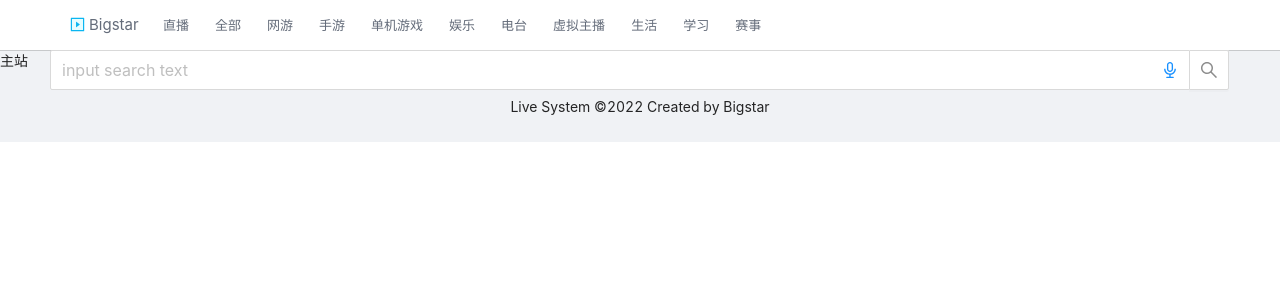
Repository: Bigstar-hyx/webrtc-react
Page: /
These files come from the project's save history. The page is drawn as it stood at one moment and after the next save; the edit follows.
The browser window is 1280 px wide. The pictures show the whole page.
The project was rebuilt for these pictures with package versions that can differ from the ones it lists, and the page was loaded fresh each time. Also part of the build but not shown: craco.config.js, webpack.config.js, src/pages/live/Index.css, src/pages/live/component/Content/Video/video.css, src/pages/live/component/Content/Video/Video.js, src/pages/live/component/Content/Comments/comments.css, src/pages/live/component/Content/Comments/TalkSend.js, src/pages/live/component/Content/Comments/Talk.js and 6 more.

Above is the page before, as saved 2022-01-30 16:49:20.

### src/index.js
import * as React from 'react'
import * as ReactDOM from 'react-dom'
import { BrowserRouter } from 'react-router-dom'
import App from './App.js'

ReactDOM.render(
  <BrowserRouter>
    <App />
  </BrowserRouter>,
  document.getElementById('root')
)

### src/App.js
import * as React from 'react'
import { Routes, Route } from 'react-router-dom'

import LiveIndex from './pages/live/Index'
import HomeIndex from './pages/home/Index'
import ViewerIndex from './pages/viewer/Index'
import TopIndex from './top/Index'

import { Layout } from 'antd'

const { Header, Footer, Content } = Layout

function App() {
  return (
    <>
      <Layout>
        <Header>
          <TopIndex />
        </Header>
        <Content>
          <Routes>
            <Route path="/" element={<HomeIndex />} />
            <Route path="live" element={<LiveIndex />} />
            <Route path="viewer" element={<ViewerIndex />} />
          </Routes>
        </Content>
        <Footer style={{ textAlign: 'center' }}>Live System ©2022 Created by Bigstar</Footer>
      </Layout>
    </>
  )
}

export default App

### src/pages/home/Index.js
import React, { Component } from 'react'

export class HomeIndex extends Component {
  render() {
    return <div>主站</div>
  }
}

export default HomeIndex

### src/top/Index.js
// import { PlaySquareTwoTone } from 'antd'
import { PlaySquareTwoTone } from '@ant-design/icons'

import TopMenu from './component/TopMenu'
import TopSearch from './component/TopSearch'

import './index.css'

function TopIndex() {
  return (
    <>
      <div className="logo">
        <PlaySquareTwoTone twoToneColor="#0BB6F1" />
        &nbsp;Bigstar
      </div>
      <TopMenu />
      <TopSearch />
    </>
  )
}

export default TopIndex

### src/top/component/TopMenu.js
import './top-menu.css'

function TopMenu() {
  return (
    <div>
      <ul>
        <li>
          <a href="">直播</a>
        </li>
        <li>
          <a href="">全部</a>
        </li>
        <li>
          <a href="">网游</a>
        </li>
        <li>
          <a href="">手游</a>
        </li>
        <li>
          <a href="">单机游戏</a>
        </li>
        <li>
          <a href="">娱乐</a>
        </li>
        <li>
          <a href="">电台</a>
        </li>
        <li>
          <a href="">虚拟主播</a>
        </li>
        <li>
          <a href="">生活</a>
        </li>
        <li>
          <a href="">学习</a>
        </li>
        <li>
          <a href="">赛事</a>
        </li>
      </ul>
    </div>
  )
}

export default TopMenu

### src/top/component/TopSearch.js
import { Input } from 'antd'
import { AudioOutlined } from '@ant-design/icons'

import './top-search.css'

const { Search } = Input
const suffix = (
  <AudioOutlined
    style={{
      fontSize: 16,
      color: '#1890ff'
    }}
  />
)
const onSearch = value => console.log(value)

function TopSearch() {
  return (
    <div>
      <Search
        placeholder="input search text"
        // enterButton="Search"
        size="large"
        suffix={suffix}
        // onSearch={onSearch}
      />
    </div>
  )
}

export default TopSearch

### src/top/index.css
.ant-layout-header {
  height: 50px;
  padding: 0 50px;
  box-shadow: 0px 0px 1px #000;
  color: rgba(0, 0, 0, 0.85);
  line-height: 50px;
  background: #fff;
}
.logo {
  float: left;
  padding: 0px 0px 0px 20px;
  width: 100px;
  color: #646c7a;
  font-size: 15px;
}

### src/pages/live/component/Content/Comments/Comments.js
import React, { useState } from 'react'
import { Card } from 'antd'
import './comments.css'
import Talk from './Talk'
import SList from './SList'

const tabListNoTitle = [
  {
    key: 'talk',
    tab: '讨论区'
  },
  {
    key: 'slist',
    tab: '学员列表'
  }
]

const contentListNoTitle = {
  talk: <Talk />,
  slist: <SList />
}

function Comments() {
  const [activeTabKey2, setActiveTabKey2] = useState('talk')

  const onTab2Change = key => {
    setActiveTabKey2(key)
  }
  return (
    <div className="comments-box">
      <Card
        className="card"
        tabList={tabListNoTitle}
        activeTabKey={activeTabKey2}
        onTabChange={key => {
          onTab2Change(key)
        }}
      >
        {contentListNoTitle[activeTabKey2]}
      </Card>
    </div>
  )
}

export default Comments

### src/top/component/top-menu.css
ul {
  margin: auto;
}
ul li a {
  float: left;
  color: #646c7a;
  font-size: 13px;
}

li {
  list-style: none;
}

li a {
  margin: 0 5px;
  padding: 0 8px;
}

a {
  /* text-decoration: none; */
}

### src/pages/live/component/Content/Comments/TalkList.js
import React from 'react'
import { Comment, Tooltip, List } from 'antd'
import moment from 'moment'

const data = [
  {
    author: '学员1',
    avatar: 'https://joeschmoe.io/api/v1/random',
    content: <p>老师真好看</p>
  },
  {
    author: '学员2',
    avatar: 'https://joeschmoe.io/api/v1/random',
    content: <p>讲得真好！</p>
  }
]

function TalkList() {
  return (
    <div>
      <List
        className="comment-list"
        itemLayout="horizontal"
        dataSource={data}
        renderItem={item => (
          <li>
            <Comment actions={item.actions} author={item.author} avatar={item.avatar} content={item.content} datetime={item.datetime} />
          </li>
        )}
      />
    </div>
  )
}

export default TalkList

### src/pages/live/component/Content/Comments/talk.css
* {
  margin: 0;
  padding: 0;
}
.talk-list {
  width: 100%;
  height: 480px;
}
.talk-send {
  width: 100%;
  height: 40px;
}

Loaded but not shown: public/index.html (common file)

After the next save:
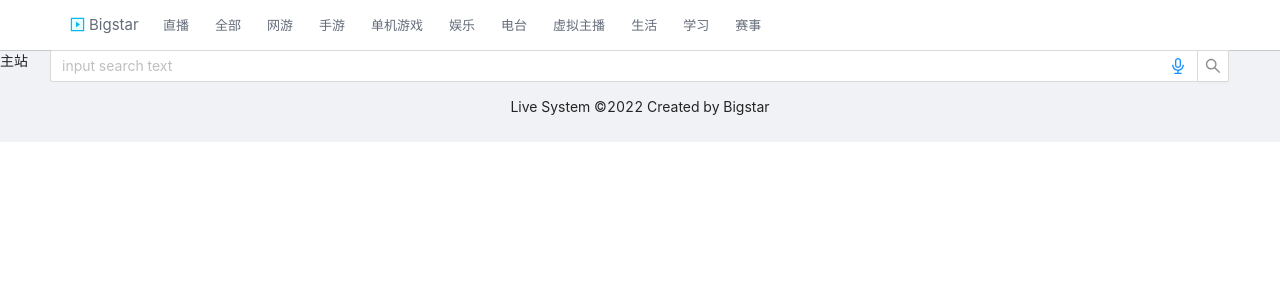
Saved 33 s later.
--- a/src/top/component/TopSearch.js
+++ b/src/top/component/TopSearch.js
@@ -20,7 +20,7 @@ function TopSearch() {
       <Search
         placeholder="input search text"
         // enterButton="Search"
-        size="large"
+        // size="large"
         suffix={suffix}
         // onSearch={onSearch}
       />
